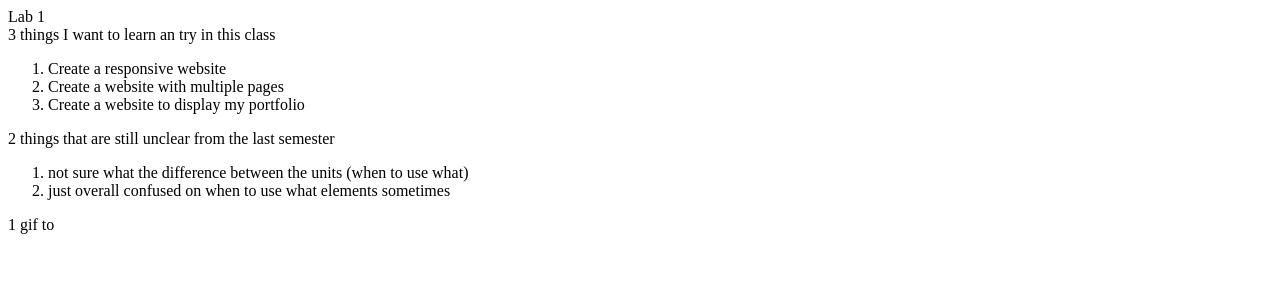
Repository: Angehyy/MDIA-2109
Page: index.html
An editor plug-in stored every save of this project. The page is shown before and after the next save, followed by the edit.
The browser window is 1280 px wide. The pictures show the whole page.

Above is the page before, as saved 2025-01-29 18:42:12.

After the next save:
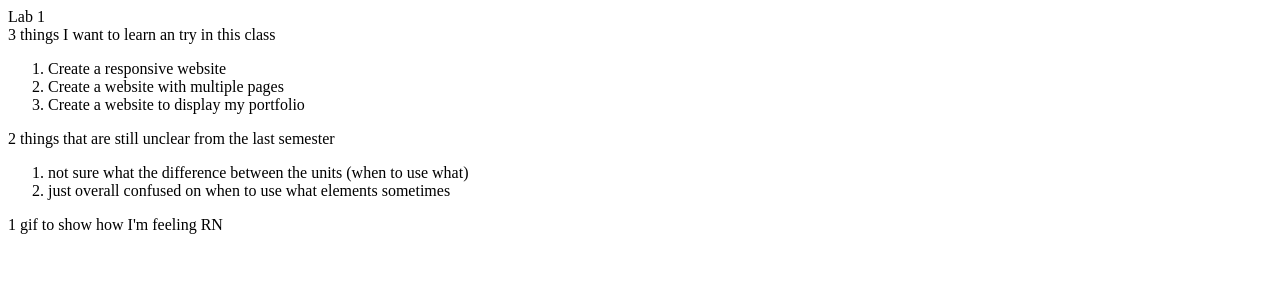
Saved 9 s later.
--- a/index.html
+++ b/index.html
@@ -38,7 +38,7 @@
     </div>
     <div class="container">
         <div class="header">
-            <div class="title"><span>1</span> gif to </div>
+            <div class="title"><span>1</span> gif to show how I'm feeling RN</div>
         </div>
     </div>
 
